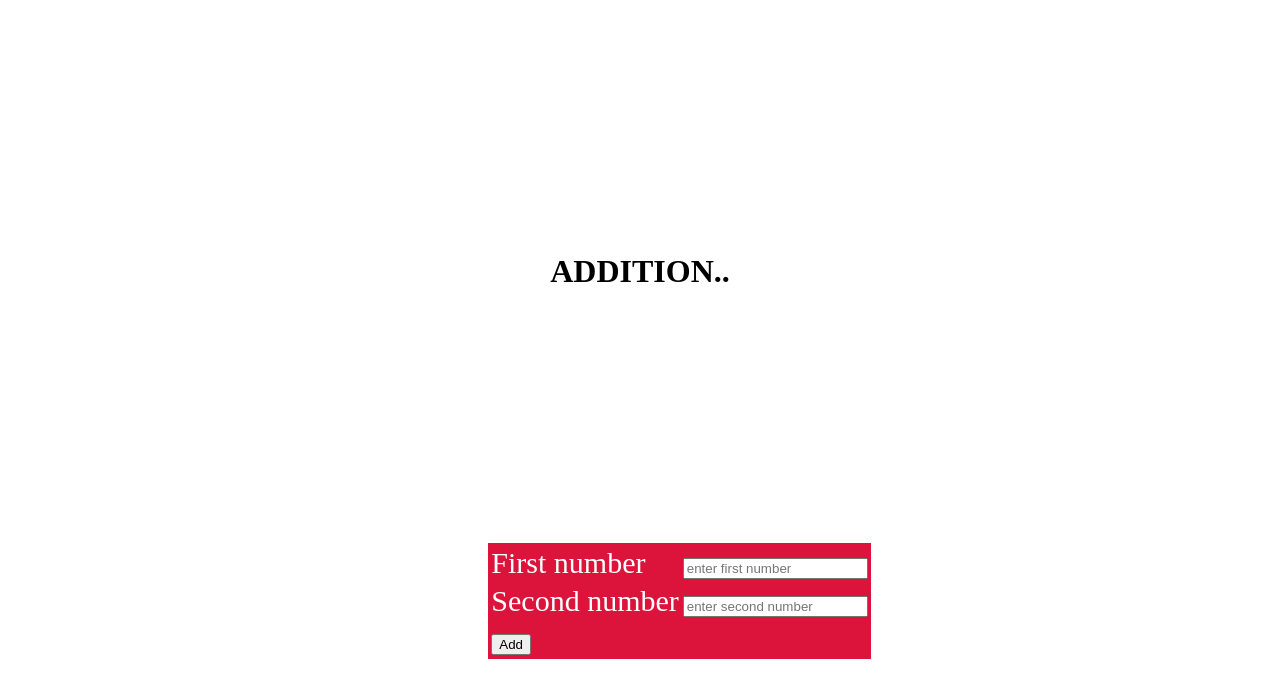
Repository: vima107/JDBC-CRUD-OPERATIONS
Page: addition/src/main/webapp/index.html
These files come from the project's save history. The page is drawn as it stood at one moment and after the next save; the edit follows.
The browser window is 1280 px wide. The pictures show the whole page.

Above is the page before, as saved 2024-10-09 10:49:40.

After the next save:
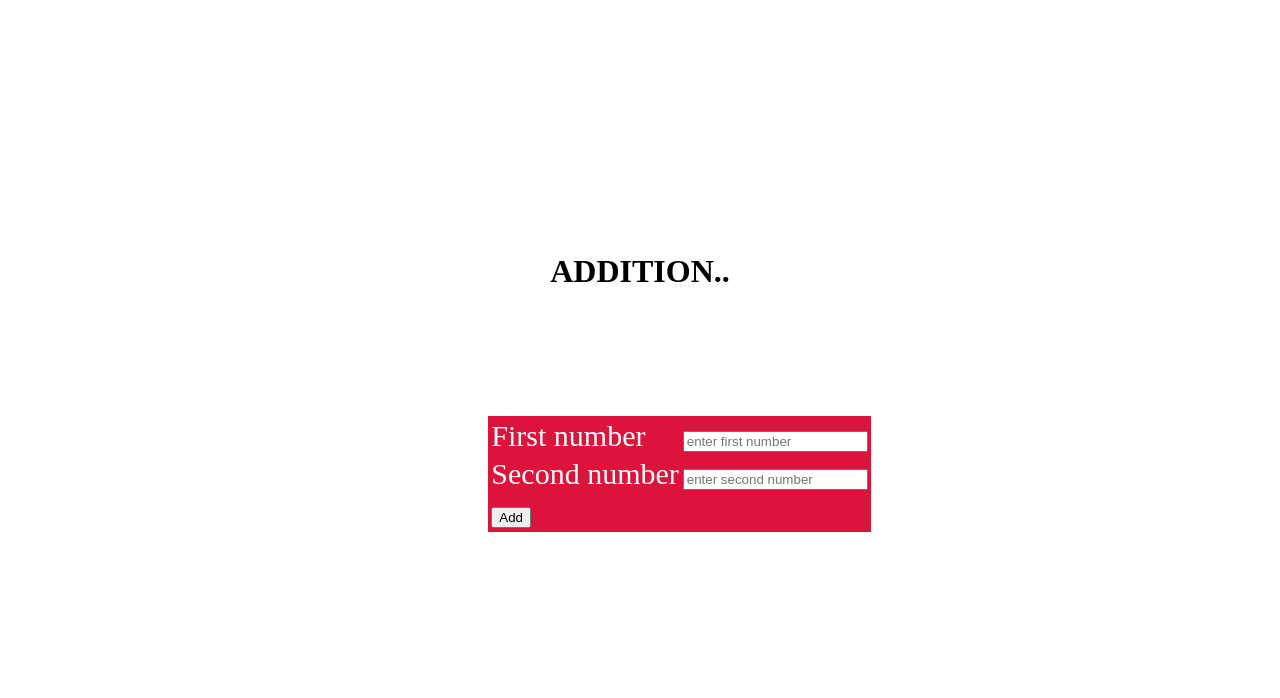
Saved 13 s later.
--- a/addition/src/main/webapp/index.html
+++ b/addition/src/main/webapp/index.html
@@ -6,7 +6,7 @@
 </head>
 <body>
 	<h1 style="margin-top:20%"><center>ADDITION..</center></h1>
-	<table style="margin-left:38%;margin-top:20%;background-color:crimson; font-size:30px;color:white">
+	<table style="margin-left:38%;margin-top:10%;background-color:crimson; font-size:30px;color:white">
 	<form action="/addition/Add">
 		<tr>
 			<td>First number</td>
